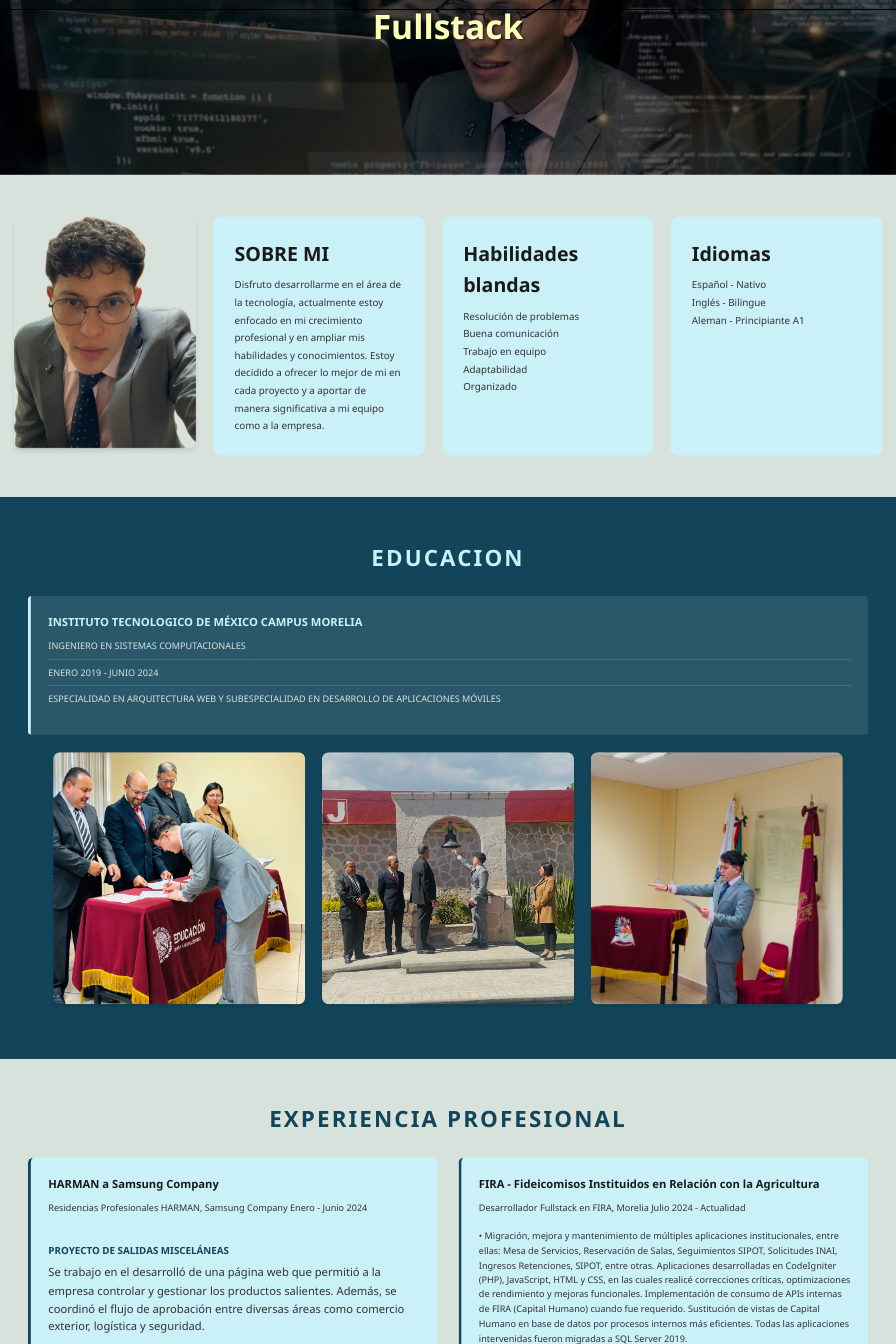
Repository: rafaelsilva2k/mi-portafolio
Page: index.html
The author's editor kept a copy of each file at every save. The page is drawn from the files as they stood at one save, then again after the next save.
The browser window is 1280 px wide. The pictures show the part of the page from y = 351 to 2271 px (the page is 3702 px tall), at 70% of full size.

Above is the page before, as saved 2026-05-24 15:39:42.

After the next save:
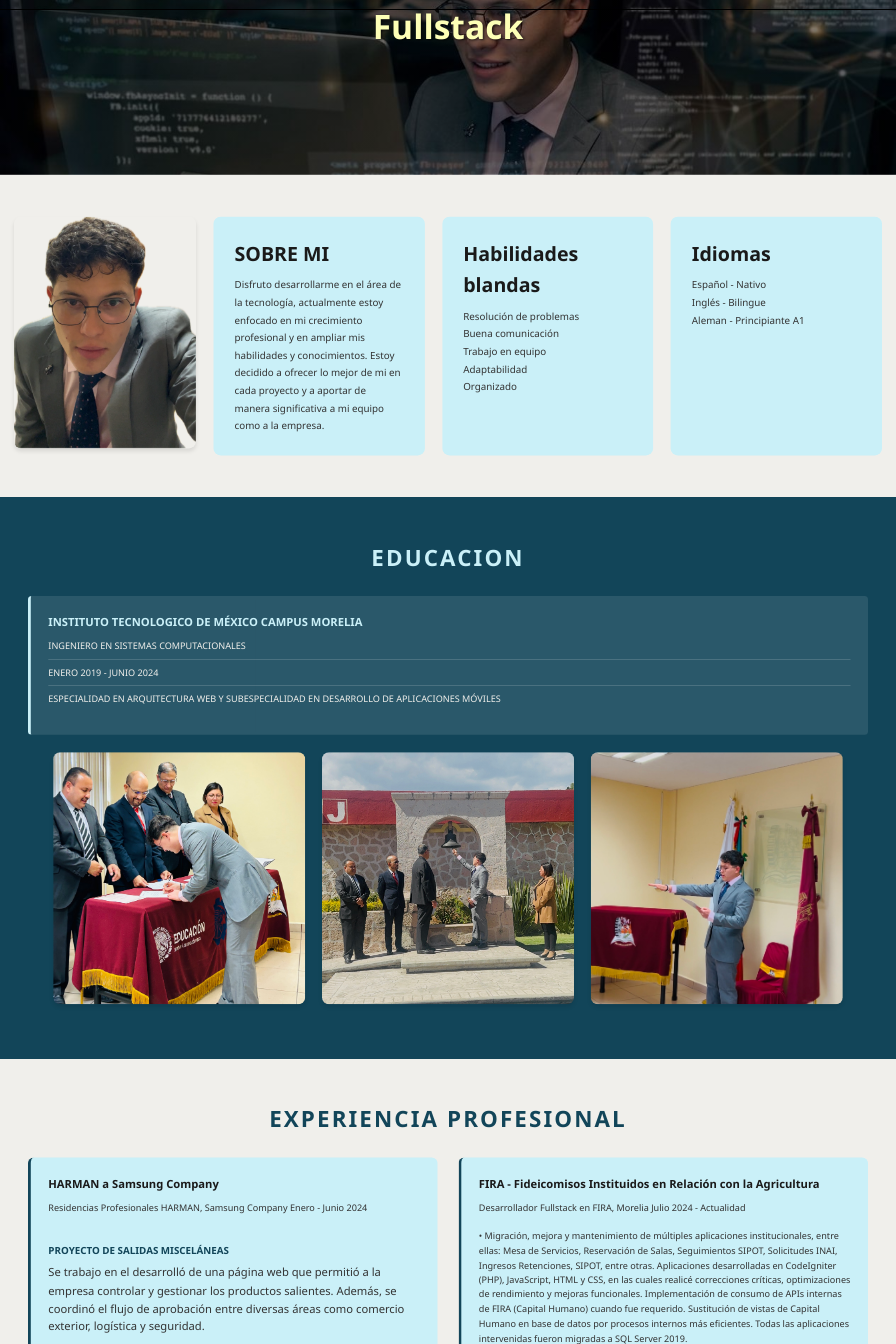
Saved 55 s later.
--- a/styles.css
+++ b/styles.css
@@ -18,7 +18,7 @@
     --color-secondary: #124559;
     --color-dark: #1a1a1a;
     --color-text: #333333;
-    --color-white: #d8e2dc;
+    --color-white: #f0efeb;
     --color-bg: #f5f5f5;
     --color-accent: #fdffb6;
 }
